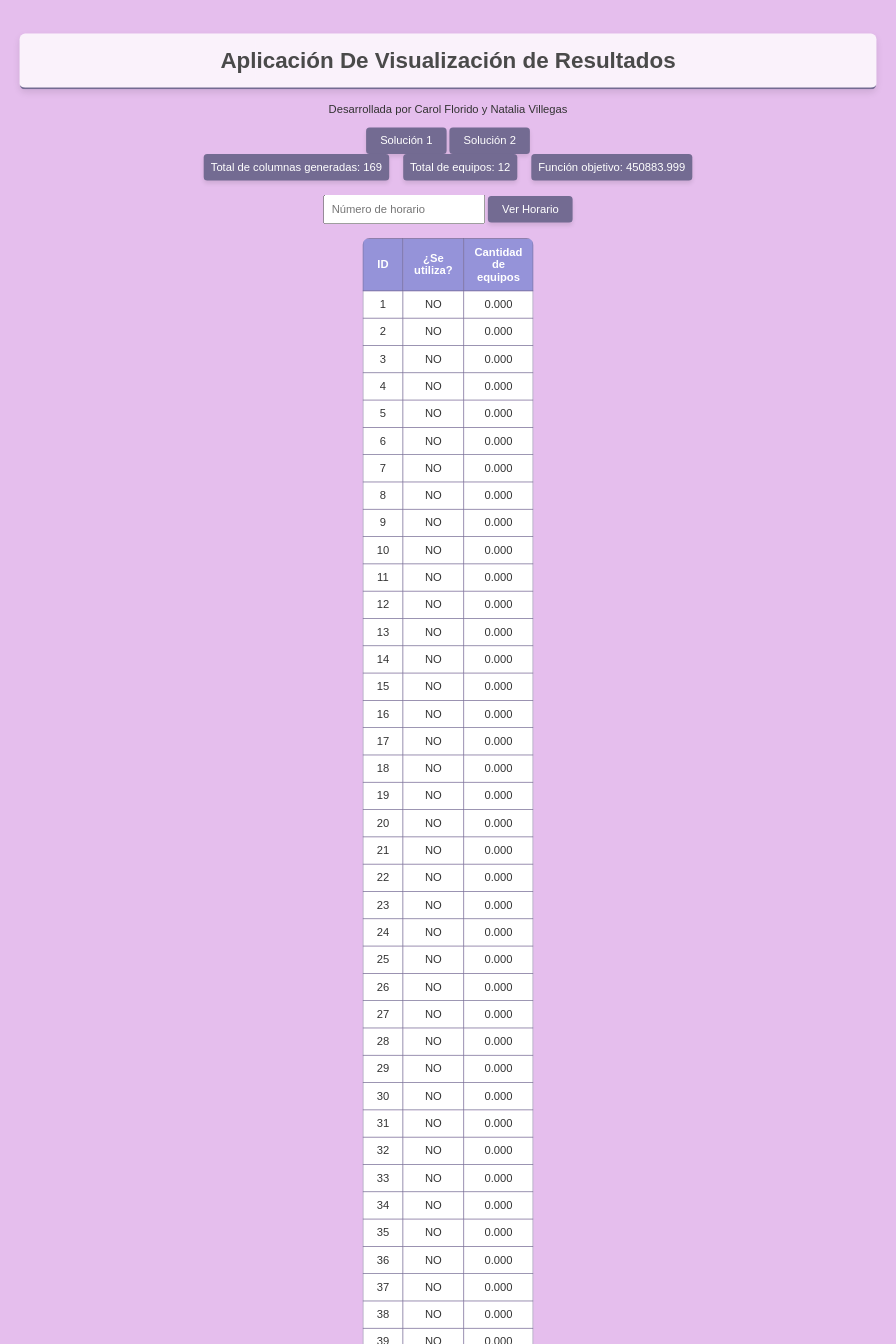
Repository: cflorido/Front_T3
Page: index.html
The author's editor kept a copy of each file at every save. The page is drawn from the files as they stood at one save, then again after the next save.
The browser window is 1280 px wide. The pictures show the part of the page from y = 0 to 1920 px (the page is 7105 px tall before and 7067 px after), at 70% of full size.

Above is the page before, as saved 2024-10-22 23:16:29.

After the next save:
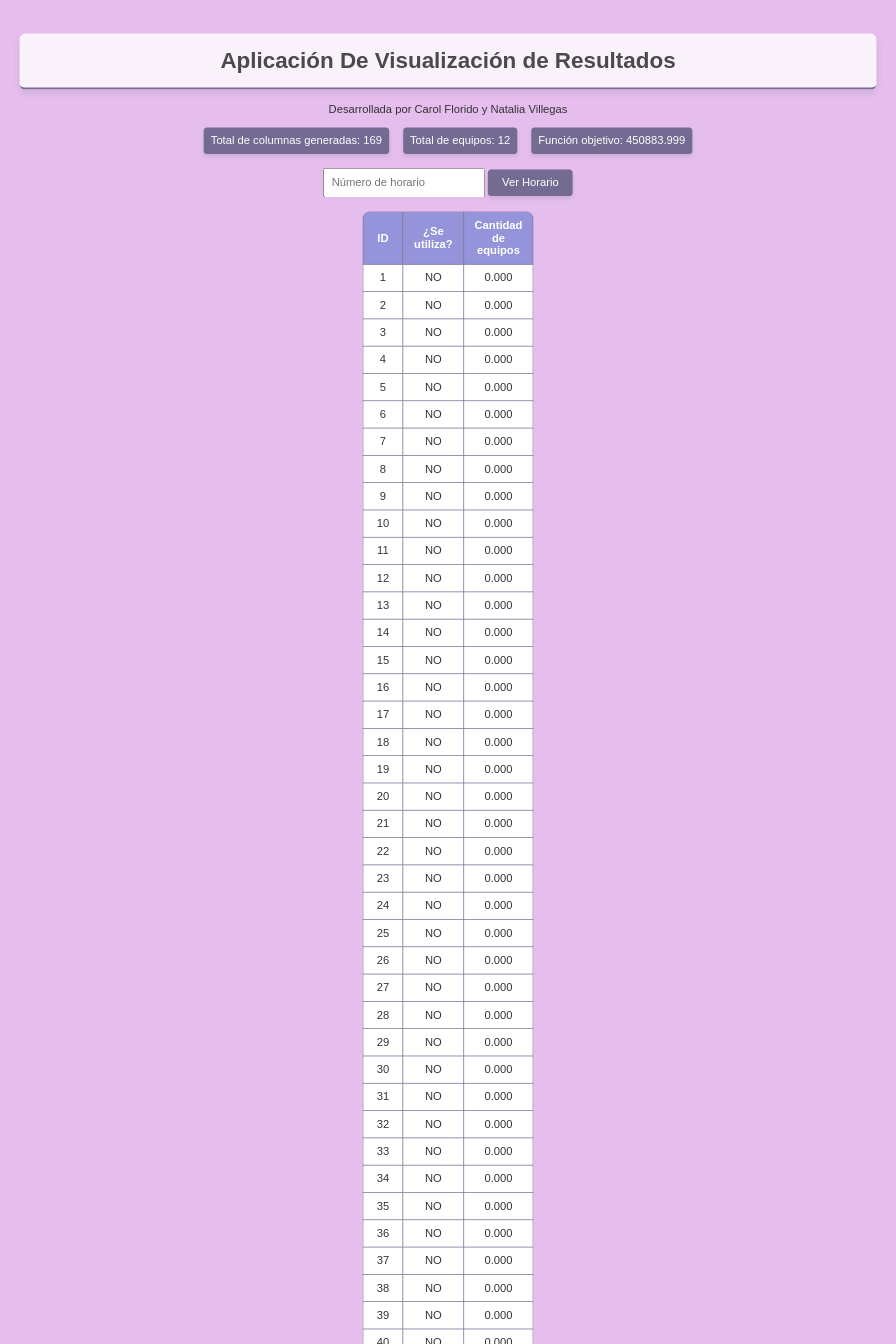
Saved 66 s later.
--- a/index.html
+++ b/index.html
@@ -119,6 +119,8 @@
             color: #7D5C65; /* Cambiar color del texto al pasar el ratón */
             transform: translateY(-3px); /* Efecto de desplazamiento al pasar el ratón */
         }
+
+
     </style>
 </head>
 <body>
@@ -126,16 +128,10 @@
 
     <p>Desarrollada por Carol Florido y Natalia Villegas</p>
 
-    <!-- Botones para seleccionar la solución -->
-    <div>
-        <button id="solucion1" onclick="cambiarSolucion(1)">Solución 1</button>
-        <button id="solucion2" onclick="cambiarSolucion(2)">Solución 2</button>
-    </div>
-
     <div class="info-container">
-        <div class="info-box" id="totalColumnas">Total de columnas generadas: 169</div>
-        <div class="info-box" id="totalEquipos">Total de equipos: 12</div>
-        <div class="info-box" id="funcionObjetivo">Función objetivo: 450883.999</div>
+        <div class="info-box">Total de columnas generadas: 169</div>
+        <div class="info-box">Total de equipos: 12</div>
+        <div class="info-box">Función objetivo: 450883.999</div>
     </div>
 
     <input type="number" id="numeroLinea" placeholder="Número de horario" min="1" style="padding: 10px; font-size: 16px;">
@@ -165,19 +161,10 @@
     <script>
         let lineas = []; // Array para almacenar las líneas del archivo
         let equipos = []; // Array para almacenar la cantidad de equipos
-        let solucionSeleccionada = 1; // Valor por defecto: solución 1
-        const totalEquiposElemento = document.getElementById('totalEquipos');
-        const funcionObjetivoElemento = document.getElementById('funcionObjetivo');
-
-        // Función para cambiar entre soluciones
-        function cambiarSolucion(solucion) {
-            solucionSeleccionada = solucion;
-            cargarContenido(); // Volver a cargar el contenido al cambiar la solución
-        }
 
         // Función para cargar el contenido de los archivos
         function cargarContenido() {
-            fetch('data_' + solucionSeleccionada + '.txt')
+            fetch('data.txt')
                 .then(response => {
                     if (!response.ok) {
                         throw new Error('Error al cargar el archivo: ' + response.statusText);
@@ -193,7 +180,7 @@
                 });
 
             // Cargar el contenido del archivo de equipos
-            fetch('equipos_' + solucionSeleccionada + '.txt')
+            fetch('equipos_1.txt')
                 .then(response => {
                     if (!response.ok) {
                         throw new Error('Error al cargar el archivo de equipos: ' + response.statusText);
@@ -206,7 +193,6 @@
                         return { numero, cantidad: parseFloat(cantidad).toFixed(3) }; // Redondear a 3 decimales
                     });
                     mostrarEquipos(); // Mostrar la tabla de equipos
-                    actualizarInformacion(); // Actualizar la información del total de equipos y función objetivo
                 })
                 .catch(error => {
                     console.error(error);
@@ -232,34 +218,80 @@
                 fila.appendChild(celdaId);
                 fila.appendChild(celdaUtiliza);
                 fila.appendChild(celdaCantidad);
+
                 tablaEquiposBody.appendChild(fila);
             });
         }
 
-        // Función para cargar la línea seleccionada
+        // Función para mostrar la línea seleccionada
         function cargarLinea() {
-            const numeroLinea = document.getElementById('numeroLinea').value;
-            if (numeroLinea < 1 || numeroLinea > lineas.length) {
-                alert('Número de horario no válido.');
-                return;
+            const numeroLinea = document.getElementById("numeroLinea").value;
+            const contenidoDiv = document.getElementById("contenido");
+
+            // Verificar si el número de línea es válido
+            if (numeroLinea > 0 && numeroLinea <= lineas.length) {
+                const horario = JSON.parse("[" + lineas[numeroLinea - 1] + "]"); // Parsear la línea como JSON con corchetes
+                const equipoSeleccionado = equipos.find(e => e.numero === parseInt(numeroLinea));
+
+                // Mostrar la cantidad de equipos arriba del horario
+                contenidoDiv.innerHTML = `<h3>Cantidad de equipos: ${equipoSeleccionado ? equipoSeleccionado.cantidad : 'No disponible'}</h3>`;
+
+                mostrarHorario(horario); // Mostrar el horario en forma de tabla
+                contenidoDiv.style.display = 'block'; // Muestra el div
+            } else {
+                alert('Número de línea no válido. Intenta de nuevo.');
             }
-
-            const contenido = document.getElementById('contenido');
-            contenido.style.display = 'block'; // Hacer visible el contenido
-
-            // Mostrar el horario seleccionado
-            contenido.innerHTML = '<h3>Horario ' + numeroLinea + '</h3><p>' + lineas[numeroLinea - 1] + '</p>';
-        }
-
-        // Función para actualizar la información del total de equipos y función objetivo
-        function actualizarInformacion() {
-            const totalEquipos = equipos.reduce((acc, equipo) => acc + equipo.cantidad, 0);
-            totalEquiposElemento.textContent = 'Total de equipos: ' + totalEquipos.toFixed(3); // Redondear a 3 decimales
-            funcionObjetivoElemento.textContent = 'Función objetivo: ' + (totalEquipos * 37.5).toFixed(3); // Calcular función objetivo (ejemplo)
-        }
-
-        // Cargar contenido al inicio
-        cargarContenido();
+        }
+
+        // Función para mostrar el horario en una tabla
+        function mostrarHorario(horario) {
+            const contenidoDiv = document.getElementById("contenido");
+
+            // Crear la tabla
+            const tabla = document.createElement('table');
+            const thead = document.createElement('thead');
+            const tbody = document.createElement('tbody');
+
+            // Crear encabezado de la tabla
+            const encabezado = document.createElement('tr');
+            const dias = ['Franja Horaria', 'Lunes', 'Martes', 'Miércoles', 'Jueves', 'Viernes', 'Sábado', 'Domingo'];
+            dias.forEach(dia => {
+                const th = document.createElement('th');
+                th.textContent = dia;
+                encabezado.appendChild(th);
+            });
+            thead.appendChild(encabezado);
+            tabla.appendChild(thead);
+
+            // Crear filas de horarios
+            for (let i = 0; i < 12; i++) {
+                const fila = document.createElement('tr');
+
+                const horaInicio = (i * 2) % 24;
+                const horaFin = (horaInicio + 2) % 24;
+                const franjaHoraria = `${horaInicio < 10 ? '0' : ''}${horaInicio}:00 - ${horaFin < 10 ? '0' : ''}${horaFin}:00`;
+
+                const celdaFranja = document.createElement('td');
+                celdaFranja.textContent = franjaHoraria;
+                fila.appendChild(celdaFranja);
+
+                for (let j = 0; j < 7; j++) {
+                    const celda = document.createElement('td');
+                    celda.textContent = horario[i * 7 + j];
+                    if (horario[i * 7 + j] === 1) {
+                        celda.classList.add('utilizado'); // Agregar clase si se usa
+                    }
+                    fila.appendChild(celda);
+                }
+                tbody.appendChild(fila);
+            }
+
+            tabla.appendChild(tbody);
+            contenidoDiv.appendChild(tabla);
+        }
+
+        // Cargar el contenido de los archivos al iniciar la página
+        window.onload = cargarContenido;
     </script>
 </body>
 </html>
